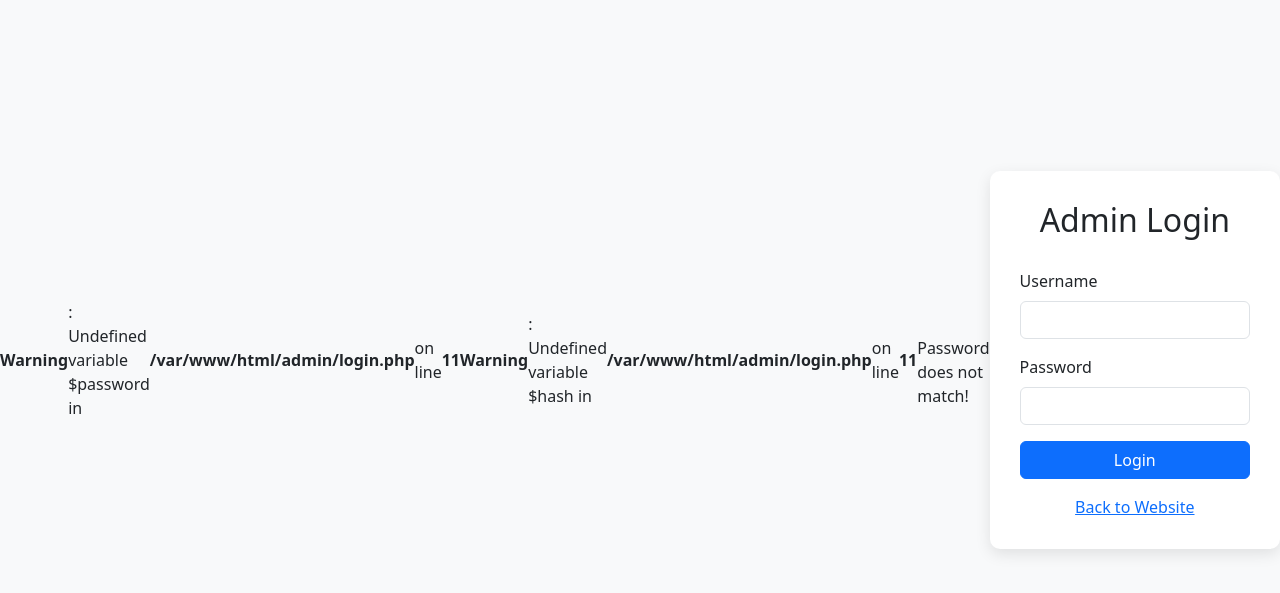
Repository: faridfirdaus-fred/portfolio-pweb
Page: http://localhost/admin/login.php
The author's editor kept a copy of each file at every save. The page is drawn from the files as they stood at one save, then again after the next save.
The browser window is 1280 px wide. The pictures show the whole page.
The page is run by PHP 8.4 with error messages shown; the project is at /var/www/html/.

Above is the page before, as saved 2025-05-12 16:18:50.

### admin/login.php
<?php
session_start();

// Check if already logged in
if (isset($_SESSION['admin_logged_in']) && $_SESSION['admin_logged_in'] === true) {
    header("Location: index.php");
    exit;
}


if (password_verify($password, $hash)) {
    echo "Password matches!";
} else {
    echo "Password does not match!";
}
// Include database configuration
require_once '../php/config.php';

$error = '';

// Check if form is submitted
if ($_SERVER["REQUEST_METHOD"] == "POST") {
    // Sanitize and validate input
    $username = trim($_POST['username']);
    $password = trim($_POST['password']);

    if (!empty($username) && !empty($password)) {
        // Prepare SQL statement to prevent SQL injection
        $stmt = $conn->prepare("SELECT * FROM admin WHERE username = ?");
        $stmt->bind_param("s", $username);
        $stmt->execute();
        $result = $stmt->get_result();

        if ($result->num_rows == 1) {
            $user = $result->fetch_assoc();

            // Verify password
            if (password_verify($password, $user['password'])) {
                // Set session
                $_SESSION['admin_logged_in'] = true;
                $_SESSION['admin_id'] = $user['id'];
                $_SESSION['admin_username'] = $user['username'];

                // Redirect to dashboard
                header("Location: index.php");
                exit;
            } else {
                $error = "Invalid password. Please try again.";
            }
        } else {
            $error = "Invalid username. Please try again.";
        }

        $stmt->close();
    } else {
        $error = "Please fill in both fields.";
    }
}
?>

<!DOCTYPE html>
<html lang="en">
<head>
    <meta charset="UTF-8">
    <meta name="viewport" content="width=device-width, initial-scale=1.0">
    <title>Admin Login</title>
    <!-- Bootstrap CSS -->
    <link href="https://cdn.jsdelivr.net/npm/bootstrap@5.3.0/dist/css/bootstrap.min.css" rel="stylesheet">
    <style>
        body {
            background-color: #f8f9fa;
            height: 100vh;
            display: flex;
            align-items: center;
            justify-content: center;
        }
        .login-form {
            max-width: 400px;
            width: 100%;
            padding: 30px;
            background-color: white;
            border-radius: 10px;
            box-shadow: 0 5px 15px rgba(0, 0, 0, 0.1);
        }
        .login-logo {
            text-align: center;
            margin-bottom: 30px;
        }
    </style>
</head>
<body>
    <div class="login-form">
        <div class="login-logo">
            <h2>Admin Login</h2>
        </div>

        <?php if (!empty($error)): ?>
            <div class="alert alert-danger"><?php echo htmlspecialchars($error); ?></div>
        <?php endif; ?>

        <form method="post" action="<?php echo htmlspecialchars($_SERVER["PHP_SELF"]); ?>">
            <div class="mb-3">
                <label for="username" class="form-label">Username</label>
                <input type="text" class="form-control" id="username" name="username" required>
            </div>
            <div class="mb-3">
                <label for="password" class="form-label">Password</label>
                <input type="password" class="form-control" id="password" name="password" required>
            </div>
            <button type="submit" class="btn btn-primary w-100">Login</button>
        </form>

        <div class="mt-3 text-center">
            <a href="../index.html">Back to Website</a>
        </div>
    </div>

    <!-- Bootstrap JS -->
    <script src="https://cdn.jsdelivr.net/npm/bootstrap@5.3.0/dist/js/bootstrap.bundle.min.js"></script>
</body>
</html>

### php/config.php
<?php
// Database configuration
$host = "localhost";
$username = "root";
$password = "";
$database = "portfolio_db";

// Create database connection
$conn = new mysqli($host, $username, $password, $database);

// Check connection
if ($conn->connect_error) {
    die("Connection failed: " . $conn->connect_error);
}
?>

After the next save:
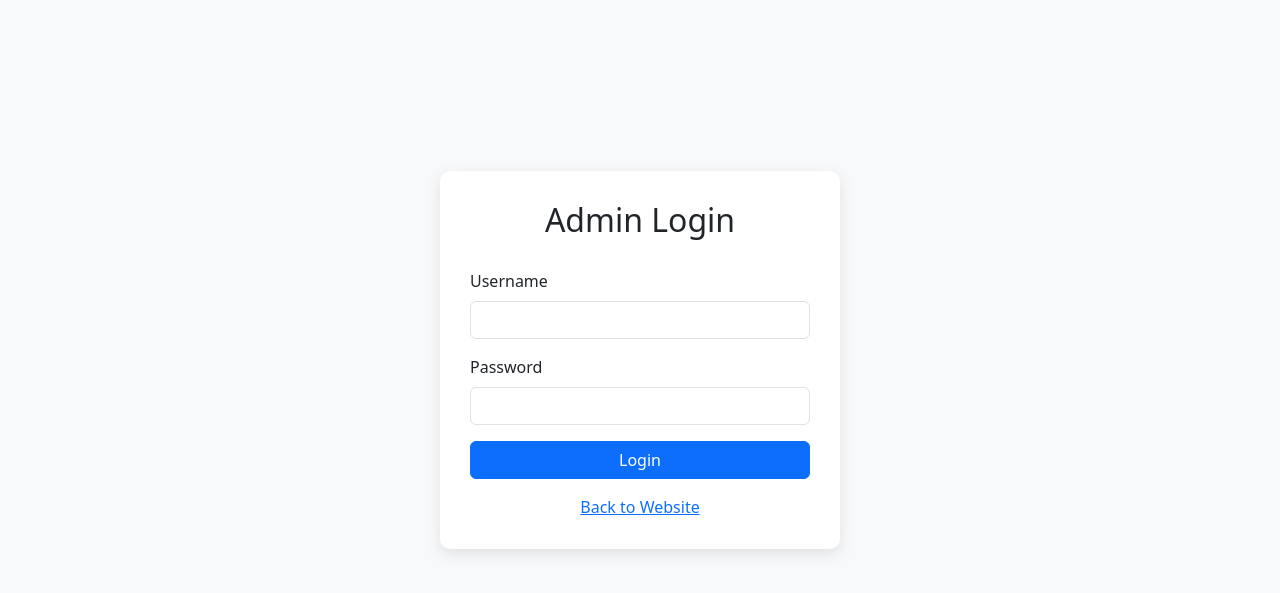
Saved 47 min 50 s later.
--- a/admin/login.php
+++ b/admin/login.php
@@ -7,12 +7,6 @@ if (isset($_SESSION['admin_logged_in']) && $_SESSION['admin_logged_in'] === true
     exit;
 }
 
-
-if (password_verify($password, $hash)) {
-    echo "Password matches!";
-} else {
-    echo "Password does not match!";
-}
 // Include database configuration
 require_once '../php/config.php';
 
